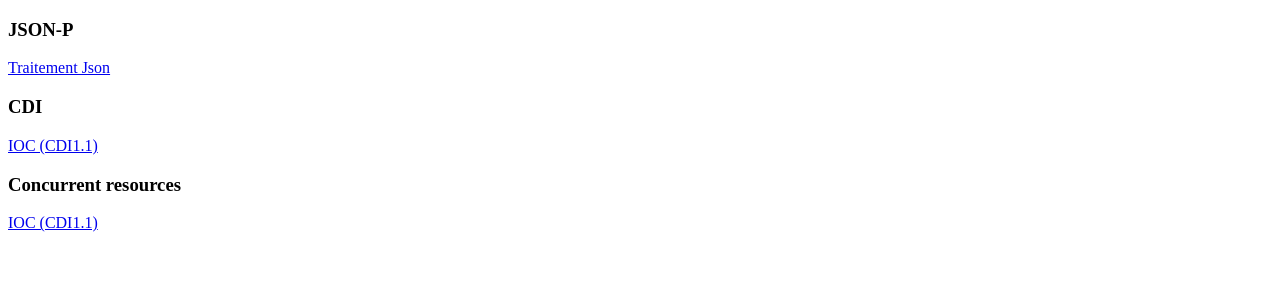
Repository: antoinebody/formationJee7
Page: http://localhost/ProjJEE7/
An editor plug-in stored every save of this project. The page is shown before and after the next save, followed by the edit.
The browser window is 1280 px wide. The pictures show the whole page.
The page is served by Tomcat 9. Nobody is signed in. The application's start-up code is not run.

Above is the page before, as saved 2015-11-24 13:44:06.

After the next save:
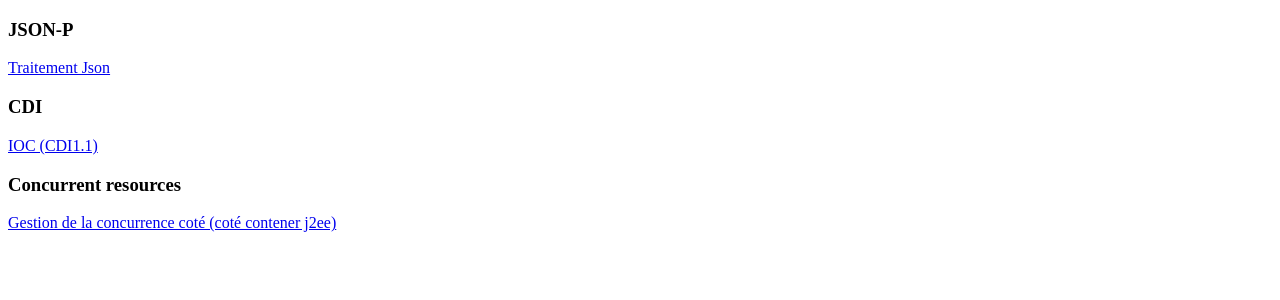
Saved 2 min 2 s later.
--- a/ProjJEE7/WebContent/index.jsp
+++ b/ProjJEE7/WebContent/index.jsp
@@ -16,8 +16,9 @@
 	<a title="JSON-P" href="CDIControler">IOC (CDI1.1)</a>
 	<br/>
 	<h3>Concurrent resources</h3>
-	<a title="Concurrent Resource" href="ConcurrentController">IOC (CDI1.1)</a>
+	<a title="Concurrent Resource" href="ConcurrentController">Gestion de la concurrence coté (coté contener j2ee)</a>
 	<br/>
+
 
 </body>
 </html>
